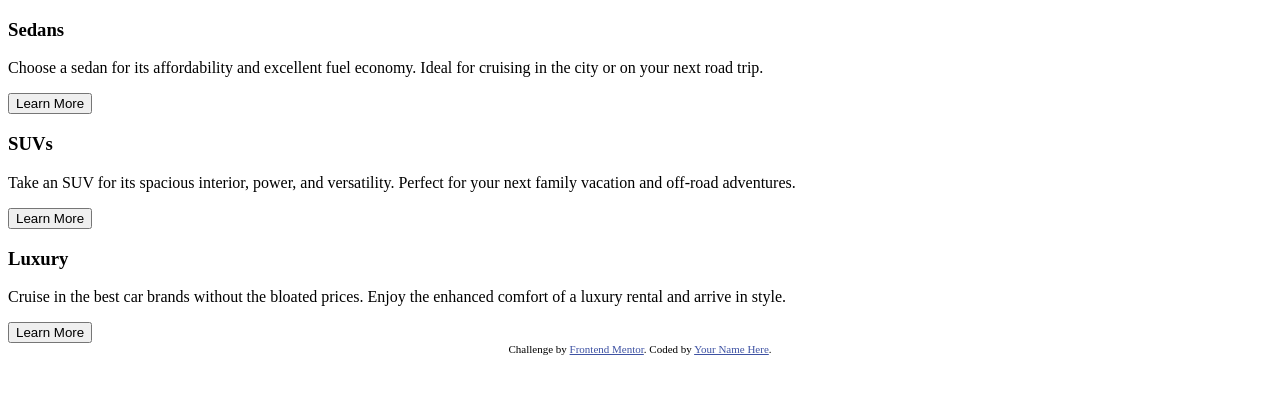
Repository: viniciussnt/3-column-preview-card
Page: index.html
An editor plug-in stored every save of this project. The page is shown before and after the next save, followed by the edit.
The browser window is 1280 px wide. The pictures show the whole page.

Above is the page before, as saved 2023-09-15 10:21:41.

### index.html
<!DOCTYPE html>
<html lang="en">
<head>
  <meta charset="UTF-8">
  <meta name="viewport" content="width=device-width, initial-scale=1.0">
  <link rel="icon" type="image/png" sizes="32x32" href="./images/favicon-32x32.png">
  <link rel="stylesheet" href="./styles/style.css">

  <title>Frontend Mentor | 3-column preview card component</title>

  <!-- Feel free to remove these styles or customise in your own stylesheet 👍 -->
  <style>
    .attribution { font-size: 11px; text-align: center; }
    .attribution a { color: hsl(228, 45%, 44%); }
  </style>
</head>
<body>
  <div class="container">
    <article>
      <section class="sedans">
        <div class="img-box"></div>
        <h1 class="title">Sedans</h1>
        <p>Choose a sedan for its affordability and excellent fuel economy. Ideal for cruising in the city
          or on your next road trip.</p>

          <button>Learn More</button>
      </section>

      <section class="suvs">
        <div class="img-box"></div>
        <h1 class="title">SUVs</h1>
        <p>Take an SUV for its spacious interior, power, and versatility. Perfect for your next family vacation
          and off-road adventures.</p>

          <button>Learn More</button>
      </section>

      <section class="luxury">
        <div class="img-box"></div>
        <h1 class="title">Luxury</h1>
        <p>Cruise in the best car brands without the bloated prices. Enjoy the enhanced comfort of a luxury
          rental and arrive in style.</p>

          <button>Learn More</button>
      </section>
    </article>
  </div>

  <div class="attribution">
    Challenge by <a href="https://www.frontendmentor.io?ref=challenge" target="_blank">Frontend Mentor</a>.
    Coded by <a href="#">Your Name Here</a>.
  </div>
</body>
</html>

Loaded but not shown: styles/style.css (no stored copy; drawn as an empty file)

After the next save:
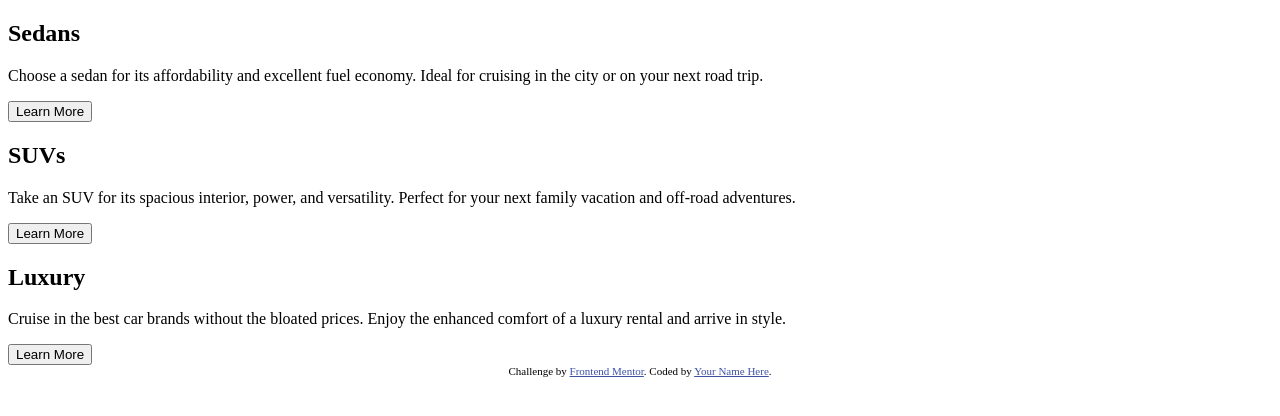
Saved 12 s later.
--- a/index.html
+++ b/index.html
@@ -16,7 +16,6 @@
 </head>
 <body>
   <div class="container">
-    <article>
       <section class="sedans">
         <div class="img-box"></div>
         <h1 class="title">Sedans</h1>
